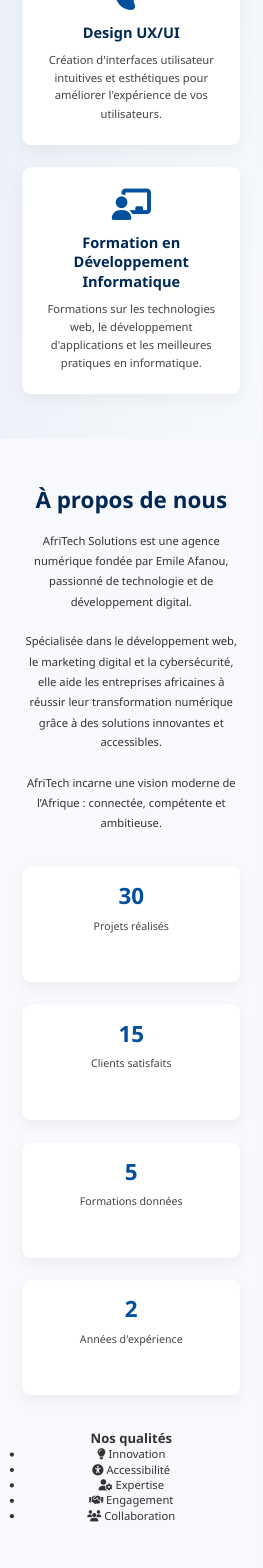
Repository: prestige225/AFRITECH
Page: index.html
These files come from the project's save history. The page is drawn as it stood at one moment and after the next save; the edit follows.
The browser window is 375 px wide. The pictures show the part of the page from y = 2360 to 4600 px (the page is 4600 px tall before and 4597 px after), at 70% of full size.
A picture or video elsewhere on the page could not be fetched, so the positions and the page height are approximate.

Above is the page before, as saved 2025-07-16 02:44:54.

After the next save:
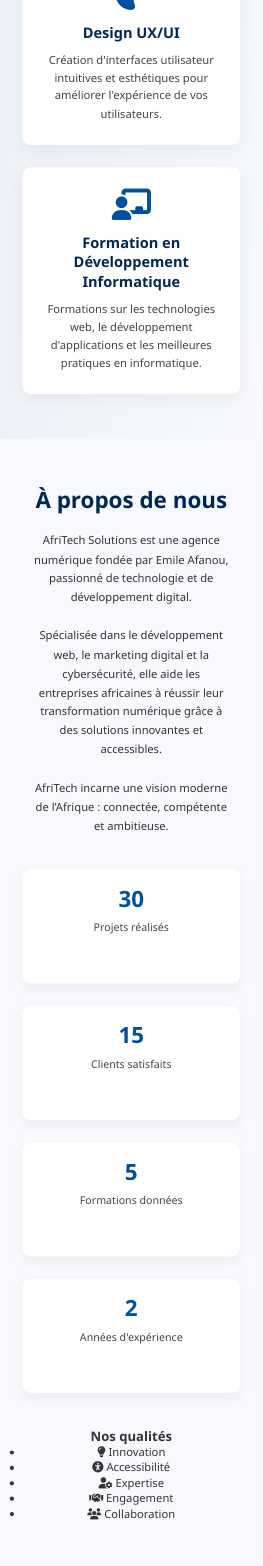
Saved 77 s later.
--- a/style.css
+++ b/style.css
@@ -290,6 +290,29 @@
   color: #333;
 }
 
+/* ===== SECTION À PROPOS ===== */
+.about-section {
+  padding: 4rem 2rem;
+  text-align: center;
+  background: #f7f9fc;
+  font-family: 'Segoe UI', Tahoma, Geneva, Verdana, sans-serif;
+}
+
+.about-section h2 {
+  font-size: 2.5rem;
+  color: #002855;
+  margin-bottom: 1.5rem;
+  font-weight: 700;
+}
+
+.about-section p {
+  max-width: 900px;
+  margin: 0 auto 3rem;
+  font-size: 1.1rem;
+  line-height: 1.7;
+  color: #333;
+}
+
 /* ===== COMPTEURS ===== */
 .counters {
   display: grid;
@@ -305,6 +328,7 @@
   padding: 1.5rem;
   box-shadow: 0 8px 20px rgba(0, 0, 0, 0.05);
   transition: transform 0.3s ease, box-shadow 0.3s ease;
+  cursor: default;
 }
 
 .counter-box:hover {
@@ -328,12 +352,17 @@
 /* ===== NOS QUALITÉS ===== */
 .about-section .Nos\ qualités {
   margin-top: 3rem;
+  max-width: 800px;
+  margin-left: auto;
+  margin-right: auto;
+  text-align: center;
 }
 
 .about-section .Nos\ qualités h3 {
   font-size: 2rem;
   color: #002855;
   margin-bottom: 1rem;
+  font-weight: 700;
 }
 
 .about-section .Nos\ qualités ul {
@@ -342,22 +371,32 @@
   display: flex;
   flex-wrap: wrap;
   justify-content: center;
-  gap: 1rem;
+  gap: 1.5rem;
 }
 
 .about-section .Nos\ qualités li {
   background-color: #00509e;
   color: #fff;
-  padding: 0.8rem 1.5rem;
+  padding: 0.8rem 1.8rem;
   border-radius: 25px;
   font-size: 1rem;
-  font-weight: 500;
+  font-weight: 600;
   box-shadow: 0 4px 12px rgba(0, 0, 0, 0.1);
+  display: flex;
+  align-items: center;
+  gap: 0.6rem;
+  cursor: default;
   transition: background 0.3s ease;
 }
 
 .about-section .Nos\ qualités li:hover {
   background-color: #003f7f;
+}
+
+/* Style des icônes devant le texte */
+.about-section .Nos\ qualités li i {
+  font-size: 1.2rem;
+  color: #ffdd40; /* doré pour contraste */
 }
 
 /* ===== RESPONSIVE ===== */
@@ -368,6 +407,7 @@
 
   .about-section p {
     font-size: 1rem;
+    padding: 0 1rem;
   }
 
   .counter {
@@ -380,6 +420,7 @@
 
   .about-section .Nos\ qualités li {
     font-size: 0.95rem;
+    padding: 0.7rem 1.5rem;
   }
 }
 
@@ -391,4 +432,14 @@
   .counter-box {
     padding: 1.2rem;
   }
-}
+
+  .about-section .Nos\ qualités ul {
+    flex-direction: column;
+    gap: 1rem;
+  }
+
+  .about-section .Nos\ qualités li {
+    justify-content: center;
+    padding: 0.8rem 1rem;
+  }
+}
